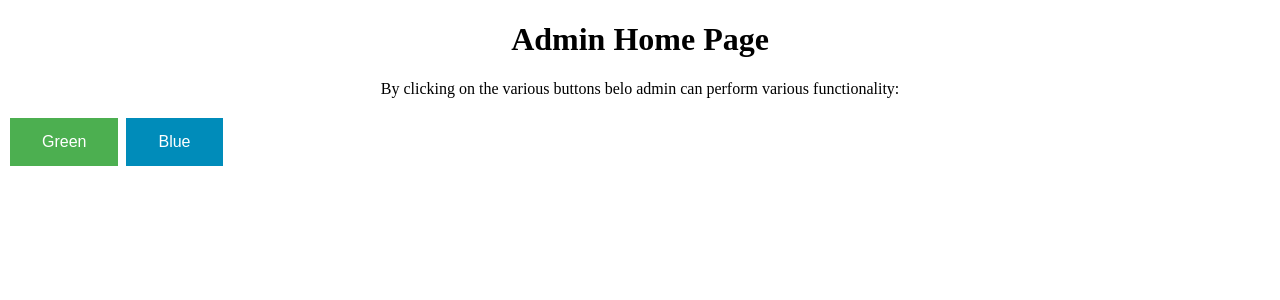
Repository: Shreya200012/FoodBox
Page: http://localhost/foodWeb/adminhome.jsp
An editor plug-in stored every save of this project. The page is shown before and after the next save, followed by the edit.
The browser window is 1280 px wide. The pictures show the whole page.
The page is served by Tomcat 9. Other server files are loaded and not shown.

Above is the page before, as saved 2022-06-14 11:46:28.

### foodWeb/src/main/webapp/adminhome.jsp
<%@ page language="java" contentType="text/html; charset=ISO-8859-1"
    pageEncoding="ISO-8859-1"%>
<!DOCTYPE html>
<html>
<head>
<style>
.button {
  border: none;
  color: white;
  padding: 15px 32px;
  text-align: center;
  text-decoration: none;
  display: inline-block;
  font-size: 16px;
  margin: 4px 2px;
  cursor: pointer;
}

.button1 {background-color: #4CAF50;} /* Green */
.button2 {background-color: #008CBA;} /* Blue */
</style>
</head>
<body>

<h1 align="center">Admin Home Page</h1>
<p align="center">By clicking on the various buttons belo admin can perform various functionality: </p>

<button class="button button1">Green</button>
<button class="button button2">Blue</button>

</body>
</html>

After the next save:
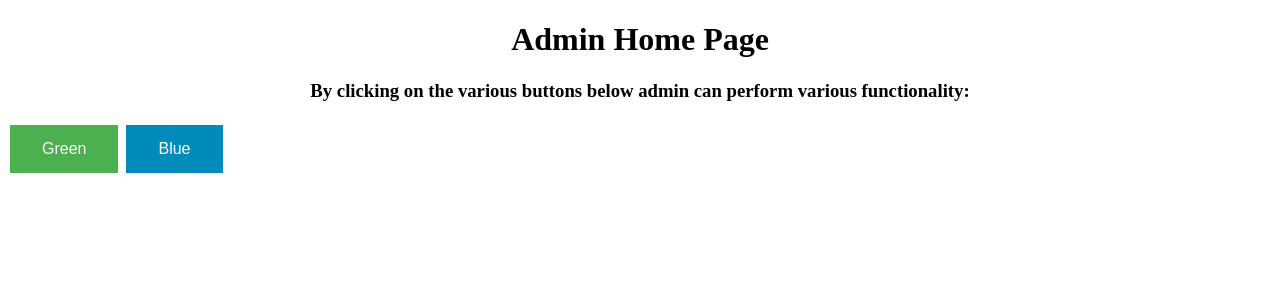
Saved 21 s later.
--- a/foodWeb/src/main/webapp/adminhome.jsp
+++ b/foodWeb/src/main/webapp/adminhome.jsp
@@ -23,7 +23,7 @@
 <body>
 
 <h1 align="center">Admin Home Page</h1>
-<p align="center">By clicking on the various buttons belo admin can perform various functionality: </p>
+<h3 align="center">By clicking on the various buttons below admin can perform various functionality: </h3>
 
 <button class="button button1">Green</button>
 <button class="button button2">Blue</button>
